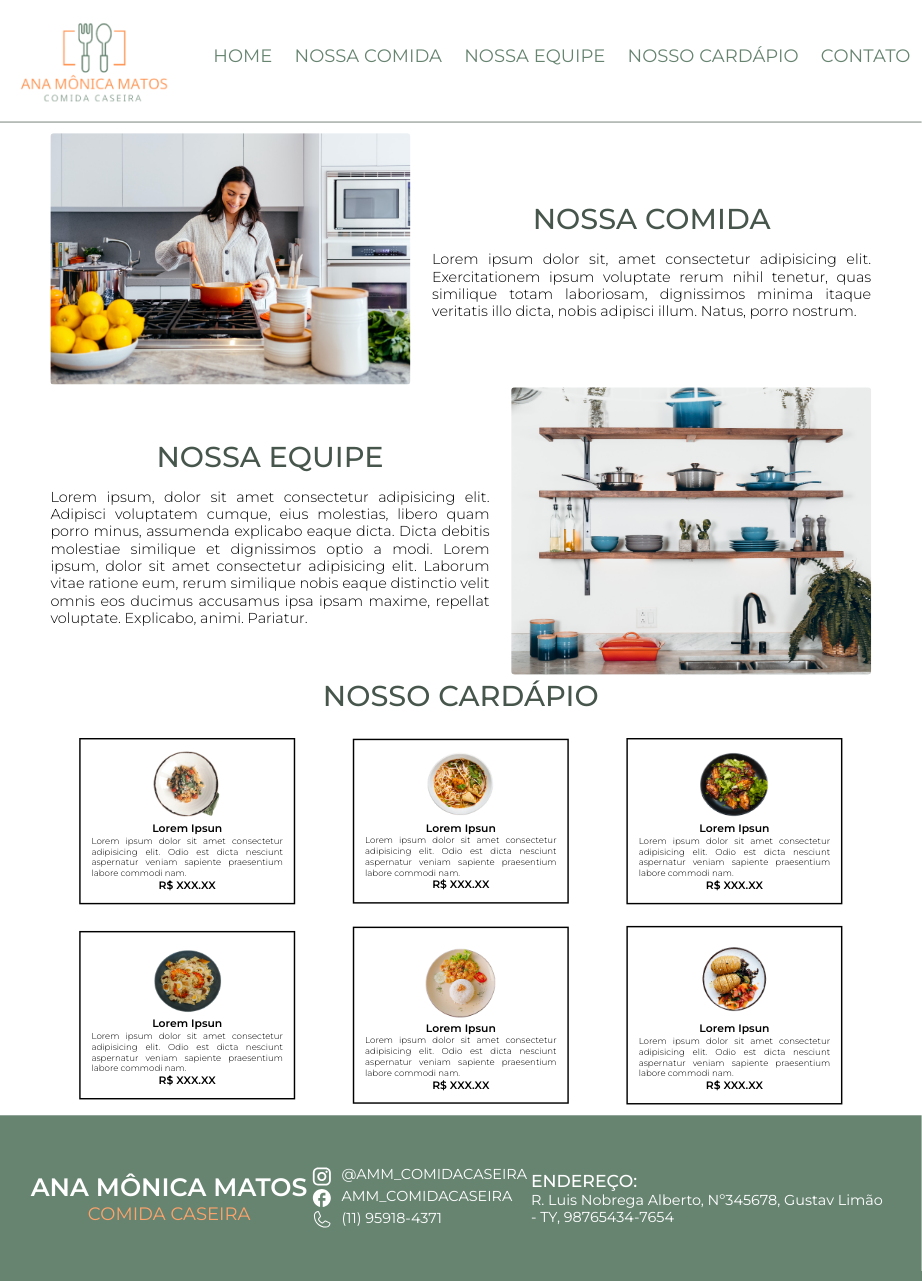
Repository: Matheus904-12/Projeto-OnePage
Page: index.html
These files come from the project's save history. The page is drawn as it stood at one moment and after the next save; the edit follows.
The browser window is 1280 px wide. The pictures show the whole page, at 72% of full size.

Above is the page before, as saved 2023-08-22 21:17:08.

### index.html
<!DOCTYPE html>
<html lang="pt-br">

<head>

    <meta charset="UTF-8">
    <meta http-equiv="X-UA-Compatible" content="IE=edge">
    <meta name="viewport" content="width=device-width, initial-scale=1.0">

    <title>COMIDA CASEIRA</title>

    <!--JAVASCRIPT-->

    <link rel="stylesheet" href="script.js">

    <!--VERSÃO TABLET-->

    <link rel="stylesheet" href="tablet.css" media="screen and (min-width: 401px) and (max-width: 768px)">

    <!--TROCAR ICONE-->

    <link rel="icon" href="Imagens/icone.svg">

    <!-- CSS -->
    <link rel="stylesheet" href="style.css">
</head>

<body>

    <!--INÍCIO CABEÇALHO -->
    <header id="header">
        <nav class="menu container">
            <img src="Imagens/logo.png" alt="logo" class="logo">
            <a href="#header" class="item">HOME</a>
            <a href="#nossaComida" class="item">NOSSA COMIDA</a>
            <a href="#nossaEquipe" class="item">NOSSA EQUIPE</a>
            <a href="#cardapio" class="item">NOSSO CARDÁPIO</a>
            <a href="#contato" class="item">CONTATO</a>
        </nav>
    </header>
    <!-- FIM CABEÇALHO -->

    <!-- divisoria -->
    <div class="divisao">

    </div>
    <!-- fim divisoria -->

    <!-- main -->
    <main id="main">
        <!-- nossa comida -->
        <section id="nossaComida" class="section">
            <div class="container">
                <div class="imagem">
                    <img class="cozinhando" src="Imagens/01.png" alt="mulher cozinhando">
                </div>

                <div class="conteudo">
                    <center><h2 class="titulo"> NOSSA COMIDA</h2></center>
                    <p class="txt">Lorem ipsum dolor sit, amet consectetur adipisicing elit. Exercitationem ipsum
                        voluptate
                        rerum nihil tenetur, quas similique totam laboriosam, dignissimos minima itaque veritatis illo
                        dicta, nobis adipisci illum. Natus, porro nostrum.</p>
                </div>
            </div>
        </section>
        <!-- fim nossa comida -->

        <!-- nossa equipe -->

       <section id="nossaEquipe" class="section">
            <div class="container">
                <div class="conteudo">
                     <center><h2 class="titulo">NOSSA EQUIPE</h2></center>
                    <p class="txt">Lorem ipsum, dolor sit amet consectetur adipisicing elit. Adipisci voluptatem cumque,
                        eius molestias, libero quam porro minus, assumenda explicabo eaque dicta. Dicta debitis
                        molestiae similique et dignissimos optio a modi. Lorem ipsum, dolor sit amet consectetur
                        adipisicing elit. Laborum vitae ratione eum, rerum similique nobis eaque distinctio velit omnis
                        eos ducimus accusamus ipsa ipsam maxime, repellat voluptate. Explicabo, animi. Pariatur.</p>
                </div>
                <div class="imagem">
                    <img src="Imagens/02.png" alt="panelinha" class="panela">
                </div>
            </div>
        </section>

        <!-- fim nossa equipe -->

        <!-- cardapio -->

        <section id="cardapio" class="section">
            <div class="cardapio">
                <center><h2 class="titulo">NOSSO CARDÁPIO</h2></center>
                <div class="pratos">
                    <div class="prato">
                        <img src="Imagens/prato1.png" alt="PRATO1" class="comida">
                        <h4 class="prato-nome">Lorem Ipsun</h4>
                        <p class="prato-txt">Lorem ipsum dolor sit amet consectetur adipisicing elit. Odio est dicta
                            nesciunt aspernatur veniam sapiente praesentium labore commodi nam.</p>
                        <p class="prato-preco">R$ XXX.XX</p>
                    </div>
                    <div class="prato">
                        <img src="Imagens/prato2.png" alt="PRATO1" class="comida">
                        <h4 class="prato-nome">Lorem Ipsun</h4>
                        <p class="prato-txt">Lorem ipsum dolor sit amet consectetur adipisicing elit. Odio est dicta
                            nesciunt aspernatur veniam sapiente praesentium labore commodi nam.</p>
                        <p class="prato-preco">R$ XXX.XX</p>
                    </div>
                    <div class="prato">
                        <img src="Imagens/prato3.png" alt="PRATO1" class="comida">
                        <h4 class="prato-nome">Lorem Ipsun</h4>
                        <p class="prato-txt">Lorem ipsum dolor sit amet consectetur adipisicing elit. Odio est dicta
                            nesciunt aspernatur veniam sapiente praesentium labore commodi nam.</p>
                        <p class="prato-preco">R$ XXX.XX</p>
                    </div>
                    <div class="prato">
                        <img src="Imagens/prato4.png" alt="PRATO1" class="comida">
                        <h4 class="prato-nome">Lorem Ipsun</h4>
                        <p class="prato-txt">Lorem ipsum dolor sit amet consectetur adipisicing elit. Odio est dicta
                            nesciunt aspernatur veniam sapiente praesentium labore commodi nam.</p>
                        <p class="prato-preco">R$ XXX.XX</p>
                    </div>
                    <div class="prato">
                        <img src="Imagens/prato5.png" alt="PRATO1" class="comida">
                        <h4 class="prato-nome">Lorem Ipsun</h4>
                        <p class="prato-txt">Lorem ipsum dolor sit amet consectetur adipisicing elit. Odio est dicta
                            nesciunt aspernatur veniam sapiente praesentium labore commodi nam.</p>
                        <p class="prato-preco">R$ XXX.XX</p>
                    </div>
                    <div class="prato">
                        <img src="Imagens/prato6.png" alt="PRATO1" class="comida">
                        <h4 class="prato-nome">Lorem Ipsun</h4>
                        <p class="prato-txt">Lorem ipsum dolor sit amet consectetur adipisicing elit. Odio est dicta
                            nesciunt aspernatur veniam sapiente praesentium labore commodi nam.</p>
                        <p class="prato-preco">R$ XXX.XX</p>
                    </div>
                </div>
            </div>
        </section>

        <!-- fim cardapio -->
    </main>

    <!-- footer -->
    <footer id="footer">
        <section id="contato" class="section">
            <div class="contatos container">
                <div class="nome">
                    <h1 class="amm">ANA MÔNICA MATOS</h1>
                    <h4 class="cs">COMIDA CASEIRA</h4>
                </div>
                <div class="redes">
                    <div class="rede">
                        <img src="Imagens/insta.svg" alt="instag" class="icon">
                        <p class="rede-nome">@AMM_COMIDACASEIRA</p>
                    </div>
                    <div class="rede">
                        <img src="Imagens/facebook.svg" alt="face" class="icon">
                        <p class="rede-nome">AMM_COMIDACASEIRA</p>
                    </div>
                    <div class="rede">
                        <img src="Imagens/telefone.svg" alt="cell" class="icon">
                        <p class="rede-nome">(11) 95918-4371</p>
                    </div>
                </div>
                <div class="endereco">
                    <h4 class="endereco-nome">
                        ENDEREÇO:
                    </h4>
                    <p class="endereco-local">
                        R. Luis Nobrega Alberto, Nº345678, Gustav Limão - TY, 98765434-7654
                    </p>
                </div>
            </div>
        </section>
    </footer>
    <!-- fim footer -->
</body>

</html>

### script.js
function mostrarMenu() {
    var menu = document.getElementById("opc");
    var icone = document.getElementById("icone");

    if (getComputedStyle(menu).display == 'none') {

        menu.style.display = "flex";

        opc.style.top = "230px"

        icone.classList.remove("fa-bars");
        icone.classList.add("fa-times");
    }

    else {
        menu.style.display = "none";

        icone.classList.remove("fa-times");
        icone.classList.add("fa-bars")
    }
}

### style.css
/* font */

@font-face {
    font-family: mont;
    src: url(Assets/Montserrat-VariableFont_wght.ttf)
}

.item {
    font: 400 25px 'mont', sans-serif;
    color: #678471;
    transition: 0.5s
}

/* fim font */

/* css reset */
* {
    margin: 0;
    border: 0;
    padding: 0;
    box-sizing: border-box;
}

img {
    width: 100%;
    height: auto;
}

a {
    text-decoration: none;
}

/* fim css reset */

/* header */

.container {
    display: flex;
    justify-content: space-around;
    align-items: center;
}

.logo {
    width: 250px;
  }

.item:hover {
    font: 400 35px 'mont', sans-serif;
    transition: 0.5s;
    color: #ffa36a
}

/* fim header */

/* divisoria */
.divisao {
    height: 1px;
    background-color: #47564c;
    margin: 15px 0;
}

/* fim divisoria */

/* comida */
.cozinhando {
    width: 500px;
    border-radius: 5px;
}

.titulo {
    font: 500 40px 'mont', sans-serif;
    color: #47564c;
    margin-bottom: 20px;
}

.txt {
    font: 300 20px 'mont', sans-serif;
    text-align: justify;
}

#nossaComida {
    margin: 0 70px;
}

#nossaComida .conteudo {
    margin-left: 30px;
}

/* fim comida */

/* nossa equipe */
#nossaEquipe {
    margin: 0 70px;
}

#nossaEquipe .conteudo {
    margin-right: 30px;
}

.panela {
    width: 500px;
    border-radius: 5px;
}

/* fim nossa equipe */

/* cardapio */
.comida {
    width: 100px;
    transition: 0.5s;
}

.comida:hover {
    width: 120px;
    transition: 0.5s ease-in-out;
}


.pratos {
    display: flex;
    justify-content: space-around;
    align-items: center;
    flex-wrap: wrap;
}

.prato {
    border: 2px solid black;
    width: 300px;
    text-align: center;
    margin: 15px 30px;
    padding: 15px;
}

.cardapio {
    margin: 0 70px;

}

.prato-txt {
    font: 300 12px 'mont', sans-serif;
    text-align: justify;
}

.prato-nome,
.prato-preco {
    font: 600 15px 'mont', sans-serif;
}

/* fim cardapio */

/* footer */
#contato {
    background: #678471;
}

.contatos {
    padding: 70px 40px;
}

.amm {
    font: 600 35px 'mont', sans-serif;
    color: #fff;

}

.cs {
    font: 400 25px 'mont', sans-serif;
    color: #ffa36a;
}

.nome {
    text-align: center;

}

.icon {
    width: 30px;
    margin-right: 12px;

}

.rede {
    display: flex;
    text-align: center;
}

.rede-nome {
    color: #fff;
    font: 400 20px 'mont', sans-serif;
}

.endereco-nome {
    color: #fff;
    font: 500 24px 'mont', sans-serif;
}

.endereco-local {
    color: #fff;
    font: 400 20px 'mont', sans-serif;
}

.endereco {
    width: 500px;
}

/* fim footer */

html {
    scroll-behavior: smooth;
}




/* PORTABILIDADE MIN */

@media screen and (max-width: 400px) {

    .container,
    .conteudo {
        margin: 0;
        border: 0;
        padding: 0;
    }

    #nossaComida .container {
        flex-direction: column;
    }

    #nossaEquipe .container {
        flex-direction: column-reverse;
    }

    #contato .container {
        flex-direction: column;
    }

    .cozinhando,
    .panela {
        width: 80vw;
    }

    /* font */
    .titulo {
        font-size: 30px;
    }

    /* fim font */

    /* header */

    .item {
        font-size: 8px;
    }

    #nossaComida,
    #nossaEquipe {
        margin: 0 0 25px;

    }




    #header .container {
        flex-wrap: wrap;

    }

    #header .container img {
        display: block;
        margin: 0 30vw;

    }

    .logo {
        width: 40px;
      }



    /* fim header */

    /* BODY */
    /* cardapio */
    .cardapio {
        margin: 0px;
    }

    /* fim cardapio */

    .conteudo {
        margin-left: 0;
        margin-right: 0;
        margin: 0 15px;
    }

    /* footer */
    .nome,
    .redes,
    .endereco {
        padding-bottom: 10px;
    }

    .amm {
        font-size: 25px;
    }

    .cs {
        font-size: 20px;
    }

    .rede-nome {
        font-size: 18px;
    }

    .endereco-local {
        display: flex;
        flex-wrap: wrap;
        font-size: 12px;
    }

    .endereco-nome {
        font-size: 22px;
    }

    .endereco {
        width: 80vw;
    }

    .prato {
        margin: 15px;
    }

    /* fim footer */
}

/* FIM PORTABILIDADE MIN */





/* PORTABILIDADE TABLET */

@media screen and (min-width: 401px) and (max-width: 768px) {
    .container,
    .conteudo {
        margin: 0;
        border: 0;
        padding: 0;
    }

    #nossaComida .container {
        flex-direction: column;
    }

    #nossaEquipe .container {
        flex-direction: column-reverse;
    }

    #contato .container {
        flex-direction: column;
    }

    .cozinhando,
    .panela {
        width: 75vw;
    }

    /* font */
    .titulo {
        font-size: 25px;
    }

    .txt {
        font-size: 20px;
    }

    /* fim font */
    /* header */

    .item {
        font-size: 15px;
    }

    #nossaComida,
    #nossaEquipe {
        margin: 0 0px 15px;

    }

    #header .container {
        flex-wrap: wrap;

    }

    #header .container img {
        display: block;
        margin: 0 30vw;
    }

    .logo {
        width: 40vw;

    }

     /* fim header */

    /* cardapio */
    .cardapio {
        margin: 0px;
    }

    /* fim cardapio */

    .conteudo {
        margin-left: 0;
        margin-right: 0;
        margin: 0 15px;
    }

    /* footer */
    .nome,
    .redes,
    .endereco {
        padding-bottom: 10px;
    }

    .amm {
        font-size: 25px;
    }

    .cs {
        font-size: 20px;
    }

    .rede-nome {
        font-size: 18px;
    }

    .endereco-local {
        display: flex;
        flex-wrap: wrap;
        font-size: 12px;
    }

    .endereco-nome {
        font-size: 22px;
    }

    .endereco {
        width: 40vw;
    }

    .prato {
        margin: 15px;
    }

    /* fim footer */
}

/* FIM PORTABILIDADE TABLET */

### tablet.css
@media screen and (min-width: 768px) and (max-width: 1024px) {
    .container,
    .conteudo {
        margin: 0;
        border: 0;
        padding: 0;
    }

    #nossaComida .container {
        flex-direction: column;
    }

    #nossaEquipe .container {
        flex-direction: column-reverse;
    }

    #contato .container {
        flex-direction: column;
    }

    .cozinhando,
    .panela {
        width: 80vw;
    }

    .titulo {
        font-size: 24px;
    }

    .item {
        font-size: 16px;
    }

    #nossaComida,
    #nossaEquipe {
        margin: 0 0 25px;
    }

    #header .container {
        flex-wrap: wrap;
    }

    .logo {
        width: 100vw;
    }

    .nome,
    .redes .endereço {
        padding-bottom: 10px;
    }

    .amm {
        font-size: 24px;
    }

    .cs {
        font-size: 24px;
    }

    .rede-nome {
        font-size: 20px;
    }

    .endereco-descricao {
        display: flex;
        flex-wrap: wrap;
        font-size: 16px;
    }

    .endereco-none {
        font-size: 26px;
    }

    .endereco {
        width: 80vw;
    }

    .prato {
        margin: 15px;
    }

    .cardapio {
        margin: 15px;
    }

    .conteudo {
        margin-left: 0;
        margin-right: 0;
        margin: 0 15px;
    }

    #header .container img {
        display: block;

    }
}

After the next save:
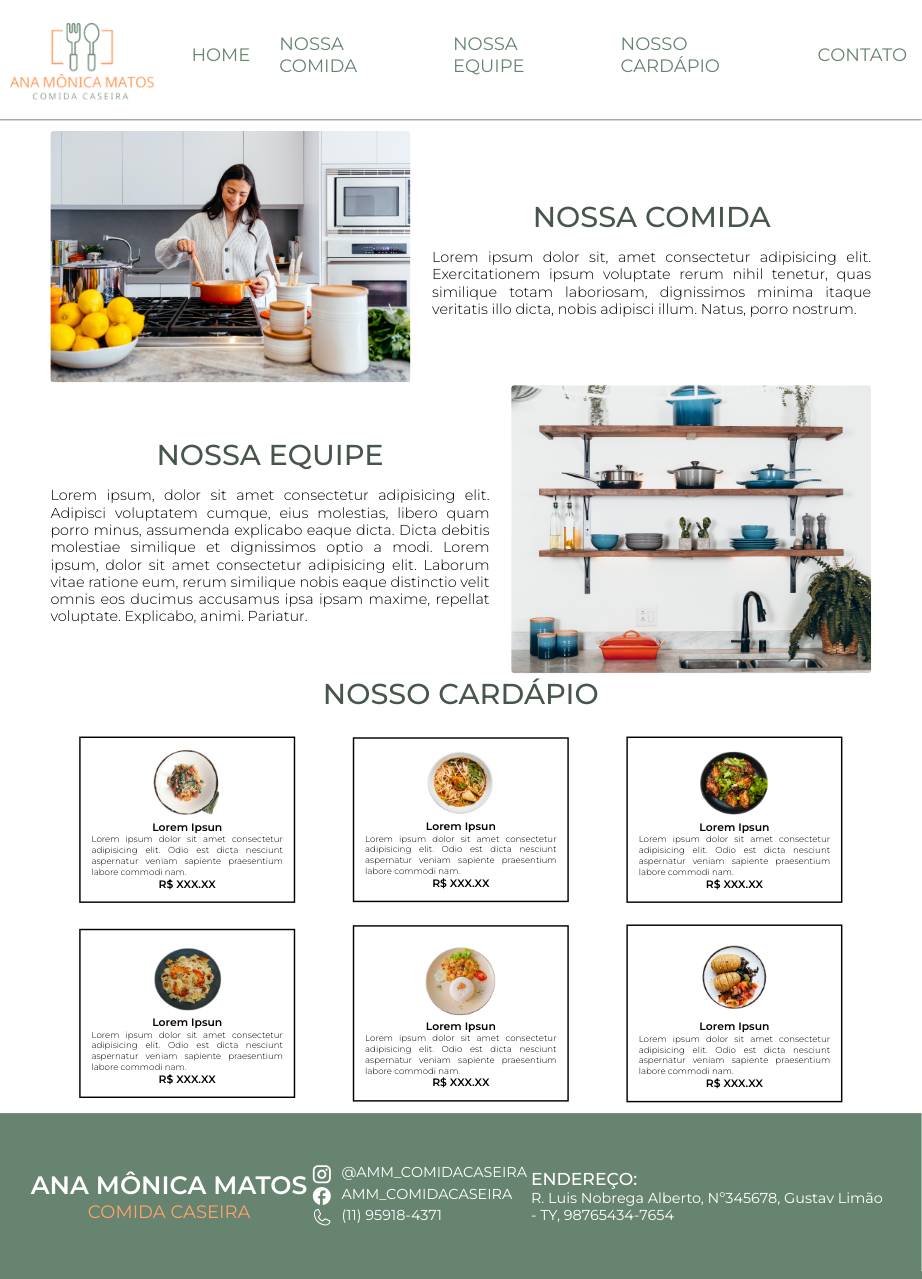
Saved 3 min 46 s later.
--- a/style.css
+++ b/style.css
@@ -42,7 +42,11 @@ a {
 
 .logo {
     width: 250px;
-  }
+}
+
+.item {
+    padding: 0px 20px;
+}
 
 .item:hover {
     font: 400 35px 'mont', sans-serif;
@@ -50,6 +54,9 @@ a {
     color: #ffa36a
 }
 
+.menu-barras {
+    display: none;
+}
 /* fim header */
 
 /* divisoria */
@@ -274,8 +281,9 @@ html {
     }
 
     .logo {
-        width: 40px;
-      }
+        width: 40vw;
+
+    }
 
 
 
@@ -343,7 +351,8 @@ html {
 
 /* PORTABILIDADE TABLET */
 
-@media screen and (min-width: 401px) and (max-width: 768px) {
+@media screen and (min-width:401px) and (max-width: 768px) {
+
     .container,
     .conteudo {
         margin: 0;
@@ -405,11 +414,42 @@ html {
 
     }
 
+    .menu-barras {
+        display: initial;
+    }
+
+    #icone {
+        color: #ffa36a;
+        font-size: 30px;
+    }
+
+    #opc {
+        display: none;
+
+    }
+
+    .opcoes {
+            display: none;
+            flex-direction: column;
+            justify-content: space-around;
+            align-items: center;
+            background-color: #ffffffe6;
+            position: absolute;
+            top: 80px;
+            left: 0px;
+            height: 300px;
+            width: 100%;
+        }
+
      /* fim header */
 
     /* cardapio */
     .cardapio {
         margin: 0px;
+    }
+
+    #tCardapio {
+        margin: 0 15px;
     }
 
     /* fim cardapio */
